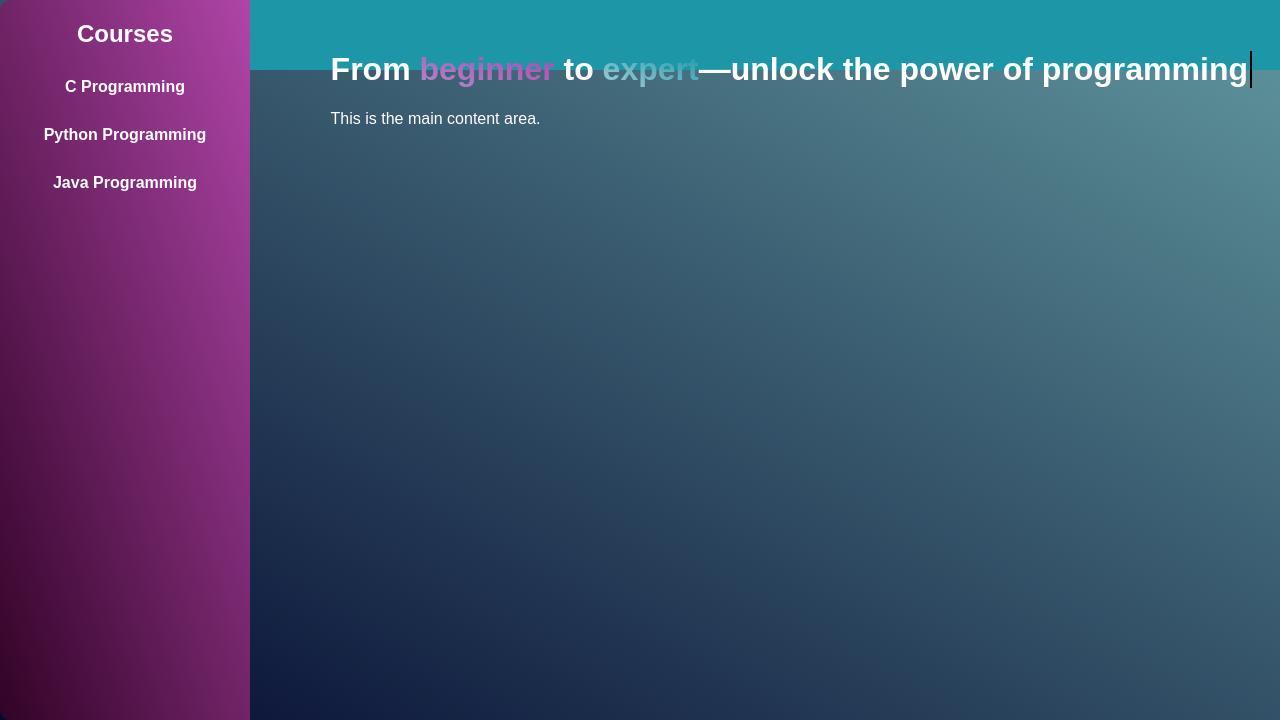
Repository: RishitSharma88/SeaGro
Page: templates/learningcourses.html
These files come from the project's save history. The page is drawn as it stood at one moment and after the next save; the edit follows.
The browser window is 1280 px wide. The pictures show the whole page.
The template is drawn by Flask 3. The application's start-up code is not run. The template is opened directly, without the code that normally fills it, so the values that code supplies are empty.

Above is the page before, as saved 2024-12-28 15:30:17.

After the next save:
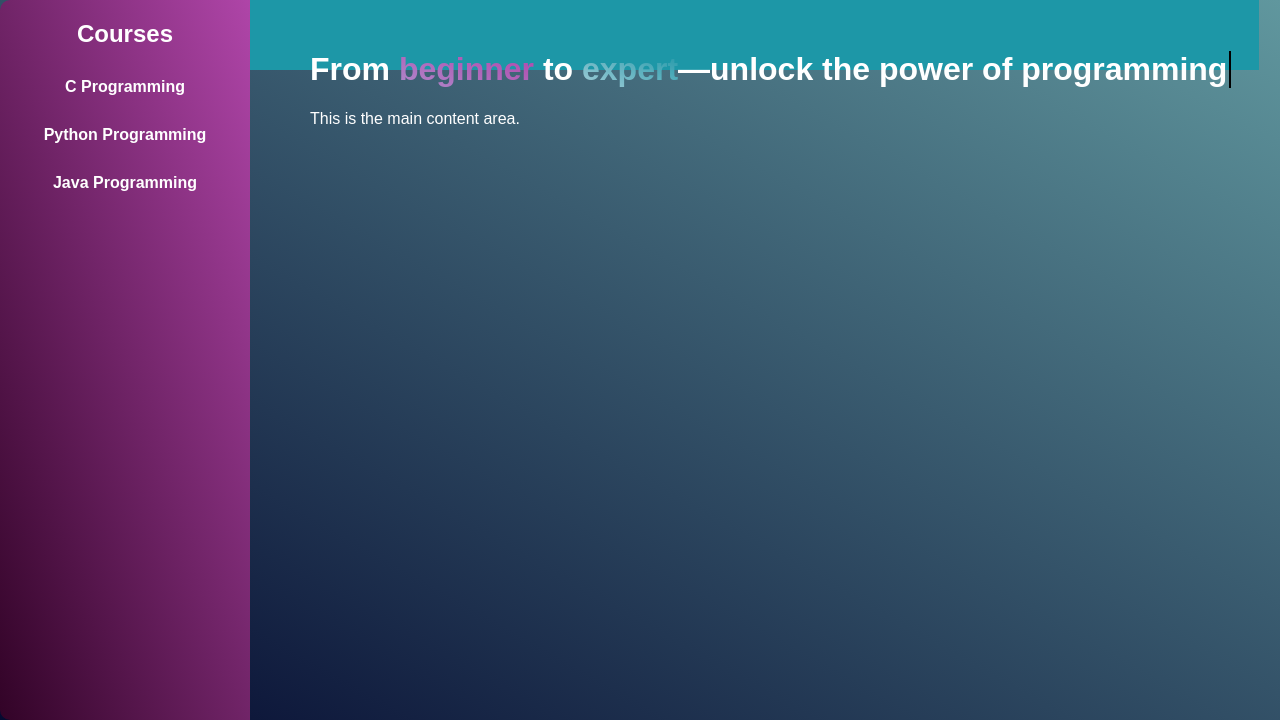
Saved 39 s later.
--- a/templates/learningcourses.html
+++ b/templates/learningcourses.html
@@ -103,7 +103,7 @@
             max-width: fit-content;
             padding: 10px;
             display: flex;
-            margin-left: auto;
+            margin-left: 30px;
             height:50px;
         }
 
